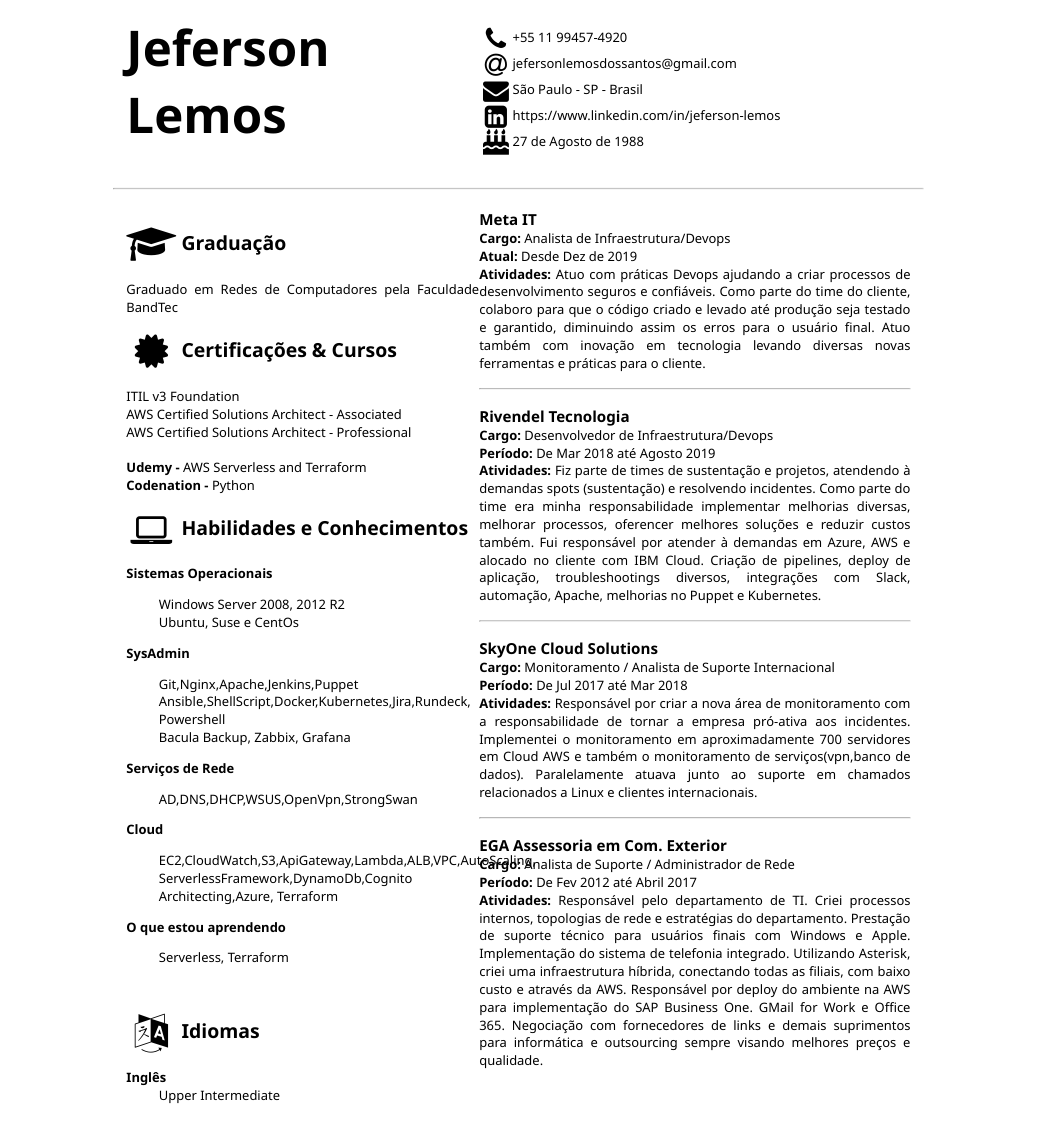
Repository: jefersonlemos/Resume-pt
Page: index.html
An editor plug-in stored every save of this project. The page is shown before and after the next save, followed by the edit.
The browser window is 1280 px wide. The pictures show the whole page, at 81% of full size.

Above is the page before, as saved 2020-06-15 12:12:29.

After the next save:
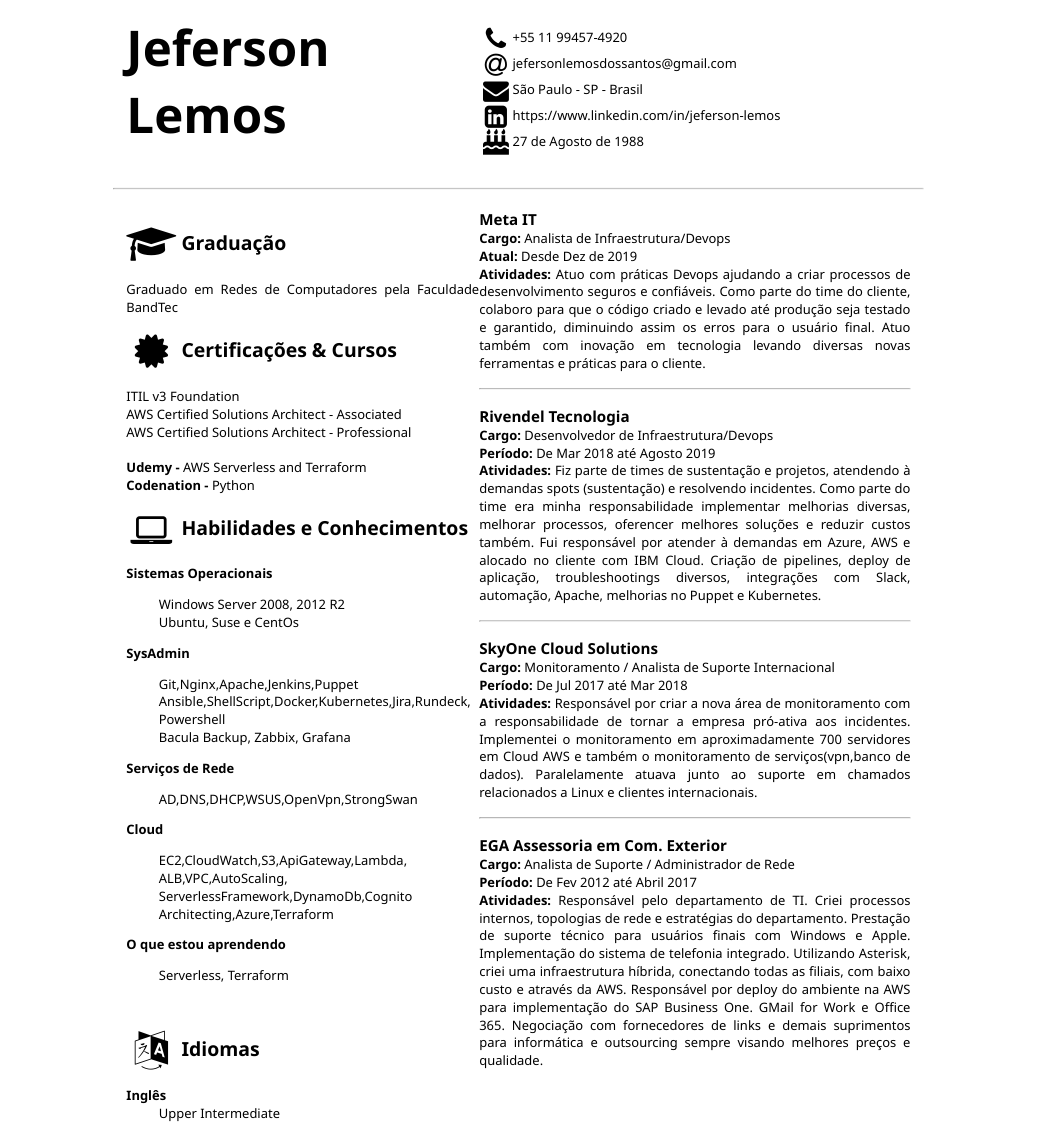
Saved 20 s later.
--- a/index.html
+++ b/index.html
@@ -82,9 +82,10 @@
                         <dt>Cloud</dt>
                         <dd>
                             <ul>
-                                <li>EC2,CloudWatch,S3,ApiGateway,Lambda,ALB,VPC,AutoScaling,
+                                <li>EC2,CloudWatch,S3,ApiGateway,Lambda,
+                                    ALB,VPC,AutoScaling,
                                     ServerlessFramework,DynamoDb,Cognito</li>
-                                <li>Architecting,Azure, Terraform </li>
+                                <li>Architecting,Azure,Terraform </li>
                             </ul>
                         </dd>
                         <dt>O que estou aprendendo</dt>
